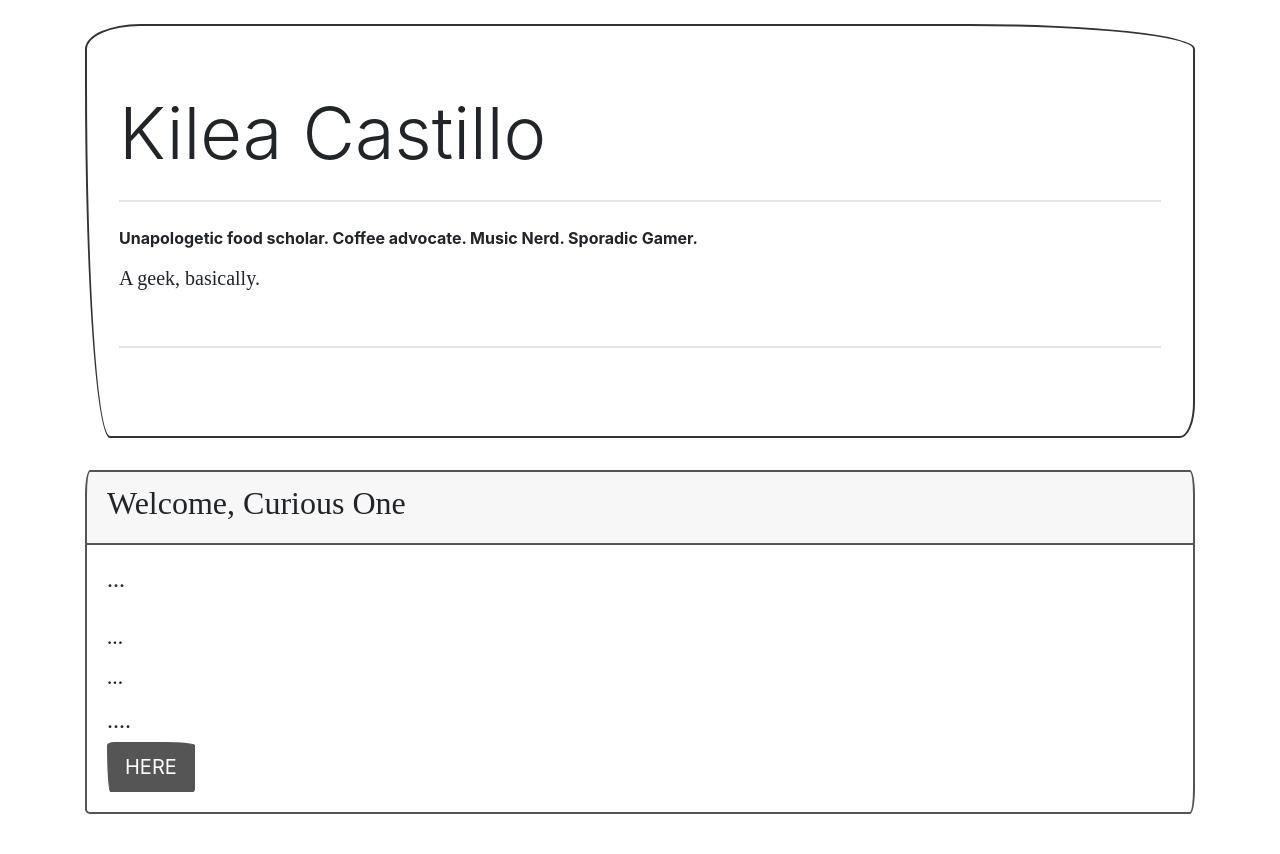
Repository: noctuakitty/kittycastillowilshire
Page: / (app in client/)
These files come from the project's save history. The page is drawn as it stood at one moment and after the next save; the edit follows.
The browser window is 1280 px wide. The pictures show the whole page.
Some web fonts or font styles are not loaded; a fallback is used. Some web libraries are served in a nearby version. The project was rebuilt for these pictures with package versions that can differ from the ones it lists, and the page was loaded fresh each time.

Above is the page before, as saved 2022-06-07 00:45:25.

### client/public/index.html
<!DOCTYPE html>
<html lang="en">
  <head>
    <meta charset="utf-8" />
    <link rel="icon" href="%PUBLIC_URL%/favicon.ico" />
    <meta name="viewport" content="width=device-width, initial-scale=1" />
    <meta name="theme-color" content="#000000" />
    <meta
      name="description"
      content="Web site created using create-react-app"
    />
    <link rel="apple-touch-icon" href="%PUBLIC_URL%/logo192.png" />
    <!--
      manifest.json provides metadata used when your web app is installed on a
      user's mobile device or desktop. See https://developers.google.com/web/fundamentals/web-app-manifest/
    -->
    <link rel="manifest" href="%PUBLIC_URL%/manifest.json" />
    <!--
      Notice the use of %PUBLIC_URL% in the tags above.
      It will be replaced with the URL of the `public` folder during the build.
      Only files inside the `public` folder can be referenced from the HTML.

      Unlike "/favicon.ico" or "favicon.ico", "%PUBLIC_URL%/favicon.ico" will
      work correctly both with client-side routing and a non-root public URL.
      Learn how to configure a non-root public URL by running `npm run build`.
    -->
    <title>React App</title>
  </head>
  <body>
    <noscript>You need to enable JavaScript to run this app.</noscript>
    <div id="root"></div>
    <!--
      This HTML file is a template.
      If you open it directly in the browser, you will see an empty page.

      You can add webfonts, meta tags, or analytics to this file.
      The build step will place the bundled scripts into the <body> tag.

      To begin the development, run `npm start` or `yarn start`.
      To create a production bundle, use `npm run build` or `yarn build`.
    -->
  </body>
  <link rel="stylesheet" href="https://cdn.jsdelivr.net/npm/bootswatch@4.5.2/dist/sketchy/bootstrap.min.css" integrity="sha384-RxqHG2ilm4r6aFRpGmBbGTjsqwfqHOKy1ArsMhHusnRO47jcGqpIQqlQK/kmGy9R" crossorigin="anonymous">
  <script src="https://cdn.jsdelivr.net/npm/bootstrap@5.0.2/dist/js/bootstrap.bundle.min.js" integrity="sha384-MrcW6ZMFYlzcLA8Nl+NtUVF0sA7MsXsP1UyJoMp4YLEuNSfAP+JcXn/tWtIaxVXM" crossorigin="anonymous"></script>
  <script src="https://cdnjs.cloudflare.com/ajax/libs/prop-types/15.6.0/prop-types.js"></script>
  <script src="https://code.jquery.com/jquery-3.3.1.slim.min.js" integrity="sha384-q8i/X+965DzO0rT7abK41JStQIAqVgRVzpbzo5smXKp4YfRvH+8abtTE1Pi6jizo" crossorigin="anonymous"></script>
</html>

### client/src/App.js
import React from 'react';
import {
  BrowserRouter,
  Routes,
  Route,
  Link
} from "react-router-dom";
import Home from './components/pages/HomePage';

function App() {
  return (
    <BrowserRouter>
      <div className="App">
        <Routes>
          <Route exact path="/" element={<Home />} />
        </Routes>
      </div>
    </BrowserRouter>
  );
}

export default App;

### client/src/components/pages/HomePage.js
import React, { Component } from 'react';
import HomeJumbotron from '../jumbotrons/HomeJumbotron';
import HomeCard from '../cards/HomeCard';

class HomePage extends Component {
    render() {
        return (
            <div>
                <br></br>
                <HomeJumbotron />
                <HomeCard />
                <br></br>
            </div>
        )
    }
}

export default HomePage;

### client/src/components/jumbotrons/HomeJumbotron.js
import React from 'react';

function HomeJumbotron() {
    return (
        <div>
            <div className="container">
                <div className="row">
                    <div className="col">
                        <div className="jumbotron">
                            <p className="display-3">
                               Kilea Castillo
                            </p>
                            <hr className="my-4"></hr>
                            <p  className="description">Unapologetic food scholar. Coffee advocate. Music Nerd. Sporadic Gamer.</p>
                            <h2 className="lead">A geek, basically.</h2>
                            <br></br>
                            <hr className="my-4"></hr>
                        </div>
                    </div>
                </div>
            </div>
        </div>
    )
}

export default HomeJumbotron;

### client/src/components/cards/HomeCard.js
import React from 'react';
import { AboutButton } from '../buttons/AboutButton';

function HomeCard() {
    return (
        <div className="container">
            <div className="row">
                <div className="col-12">
                    <div className="card border-secondary mb-3">
                        <div className="card-header">
                            <h2 className="header-one">
                                Welcome, Curious One
                            </h2>
                        </div>
                        <div className="card-body">
                            <h4>
                                ...
                            </h4>
                            <br></br>
                            <p>
                            ...
                            </p>
                            <p>
                            ...
                            </p>
                            <h4>
                               ....
                            </h4>
                            <AboutButton />
                        </div>
                    </div>
                </div>
            </div>
        </div>
    )
}

export default HomeCard;

### client/src/components/buttons/AboutButton.js
import React from 'react';
import { Button } from 'react-bootstrap';

export const AboutButton = () => {
    return (
        <div className="button">
            <Button target="_blank" className="btn btn-dark btn-lg">HERE</Button>
        </div>
    );
};

Loaded but not shown: client/src/index.js (common file); client/src/index.css (common file); client/src/reportWebVitals.js (common file)

After the next save:
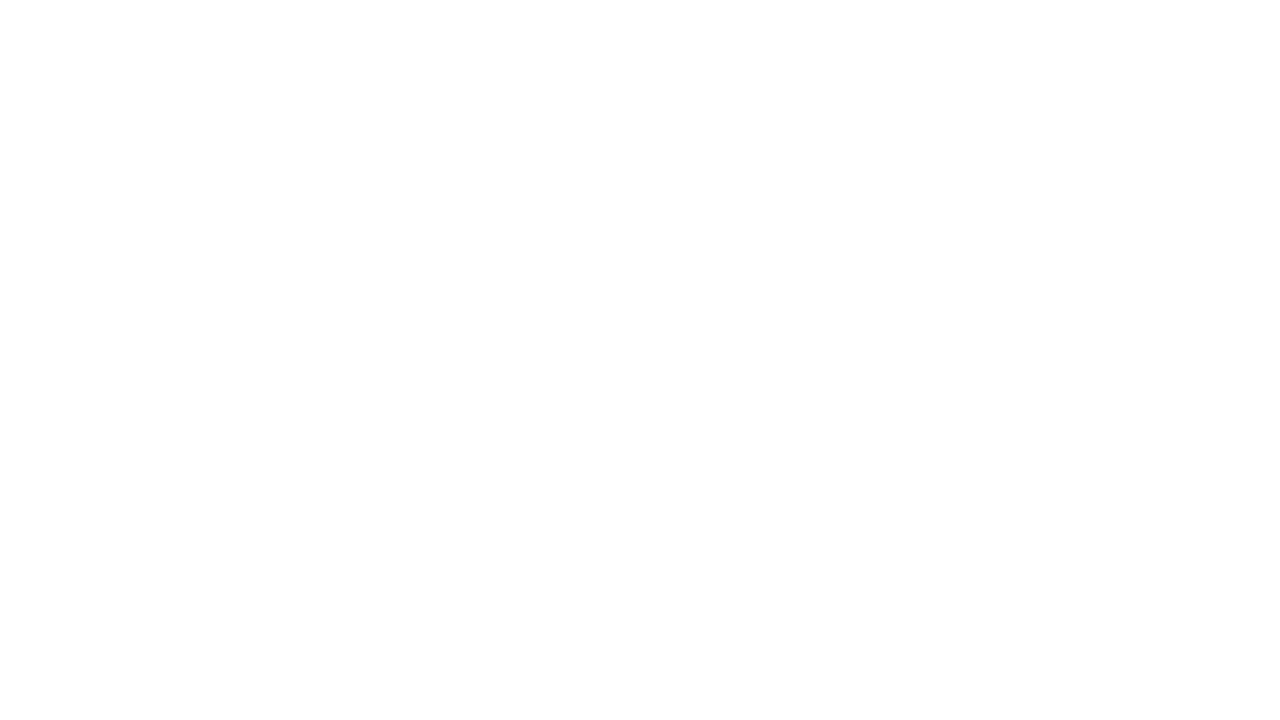
Saved 73 s later.
--- a/client/src/App.js
+++ b/client/src/App.js
@@ -12,7 +12,7 @@
     <BrowserRouter>
       <div className="App">
         <Routes>
-          <Route exact path="/" element={<Home />} />
+          <Route exact path="/" element={Home} />
         </Routes>
       </div>
     </BrowserRouter>

After the save that followed:
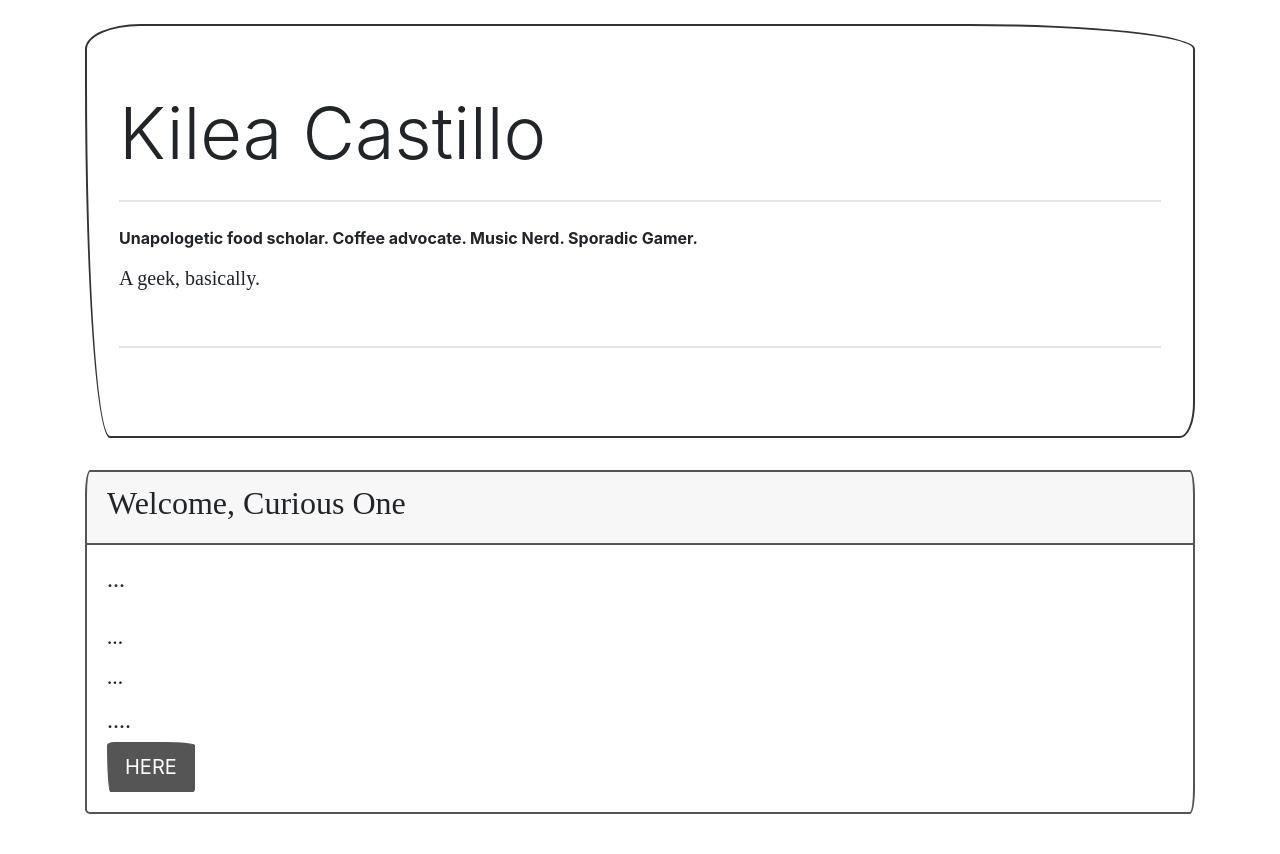
Saved 89 s later.
--- a/client/src/App.js
+++ b/client/src/App.js
@@ -7,12 +7,12 @@
 } from "react-router-dom";
 import Home from './components/pages/HomePage';
 
-function App() {
+const App = () => {
   return (
     <BrowserRouter>
       <div className="App">
         <Routes>
-          <Route exact path="/" element={Home} />
+          <Route exact path="/" element={<Home />} />
         </Routes>
       </div>
     </BrowserRouter>
